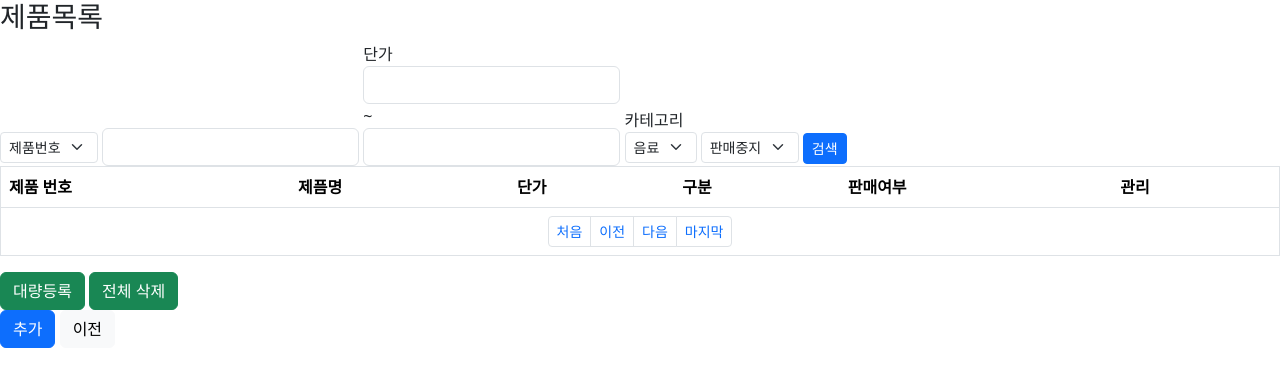
Repository: Hongsomang/spring2
Page: http://localhost/StarCafe/WEB-INF/views/product/list.jsp
An editor plug-in stored every save of this project. The page is shown before and after the next save, followed by the edit.
The browser window is 1280 px wide. The pictures show the whole page.
The page is served by Tomcat 9. Nobody is signed in. The template is opened directly, without the code that normally fills it, so the values that code supplies are empty.

Above is the page before, as saved 2023-03-13 00:34:27.

After the next save:
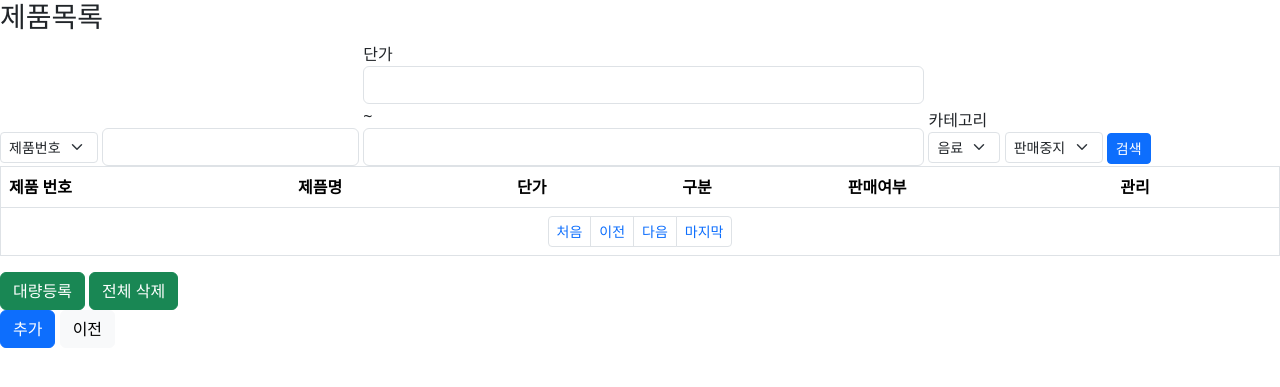
Saved 27 s later.
--- a/StarCafe/src/main/webapp/WEB-INF/views/product/list.jsp
+++ b/StarCafe/src/main/webapp/WEB-INF/views/product/list.jsp
@@ -37,8 +37,8 @@
 					</div>
 					<div class="price_wrap">
 						<label>단가</label>
-						<input name="minPrice" type="number" class="form-control">~
-						<input name="maxPrice" type="number" class="form-control">
+						<input style="display: inline-block;" name="minPrice" type="number" class="form-control">~
+						<input style="display: inline-block;" name="maxPrice" type="number" class="form-control">
 					</div>
 					<div >
 						<label>카테고리</label>

After the save that followed:
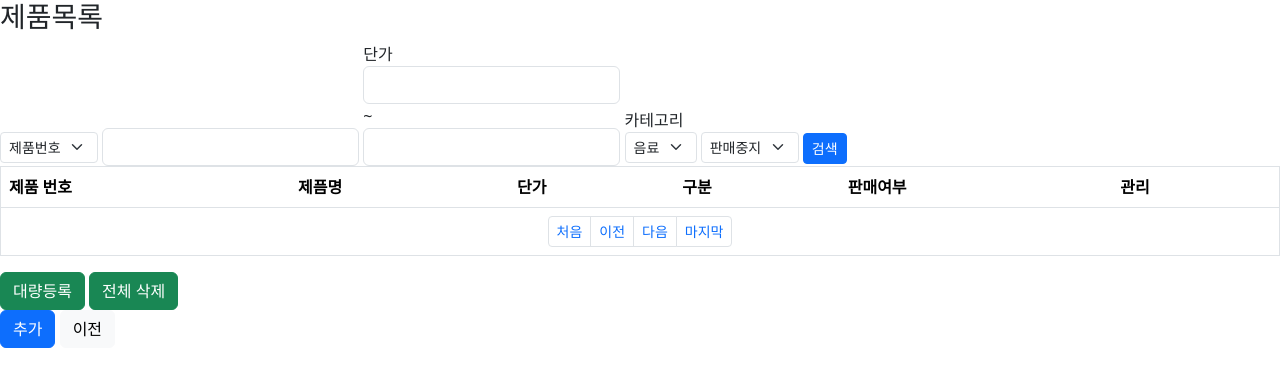
Saved 29 s later.
--- a/StarCafe/src/main/webapp/WEB-INF/views/product/list.jsp
+++ b/StarCafe/src/main/webapp/WEB-INF/views/product/list.jsp
@@ -10,7 +10,7 @@
 
     <style>
 
-       form div{
+       form> div{
        	display: inline-block;
        }
     </style>
@@ -37,8 +37,8 @@
 					</div>
 					<div class="price_wrap">
 						<label>단가</label>
-						<input style="display: inline-block;" name="minPrice" type="number" class="form-control">~
-						<input style="display: inline-block;" name="maxPrice" type="number" class="form-control">
+						<input  name="minPrice" type="number" class="form-control">~
+						<input name="maxPrice" type="number" class="form-control">
 					</div>
 					<div >
 						<label>카테고리</label>
